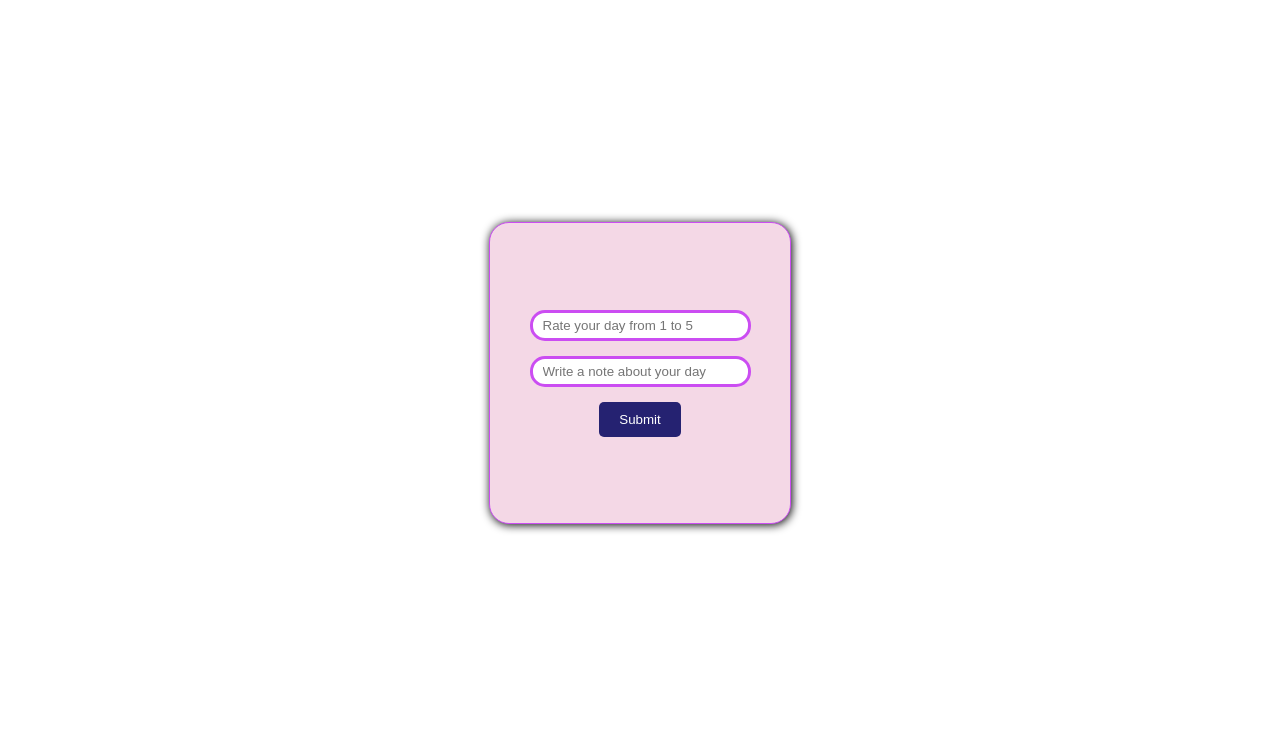
Repository: elenav24/RateMyDay
Page: frontend/index.html
These files come from the project's save history. The page is drawn as it stood at one moment and after the next save; the edit follows.
The browser window is 1280 px wide. The pictures show the whole page.

Above is the page before, as saved 2025-05-15 01:32:14.

After the next save:
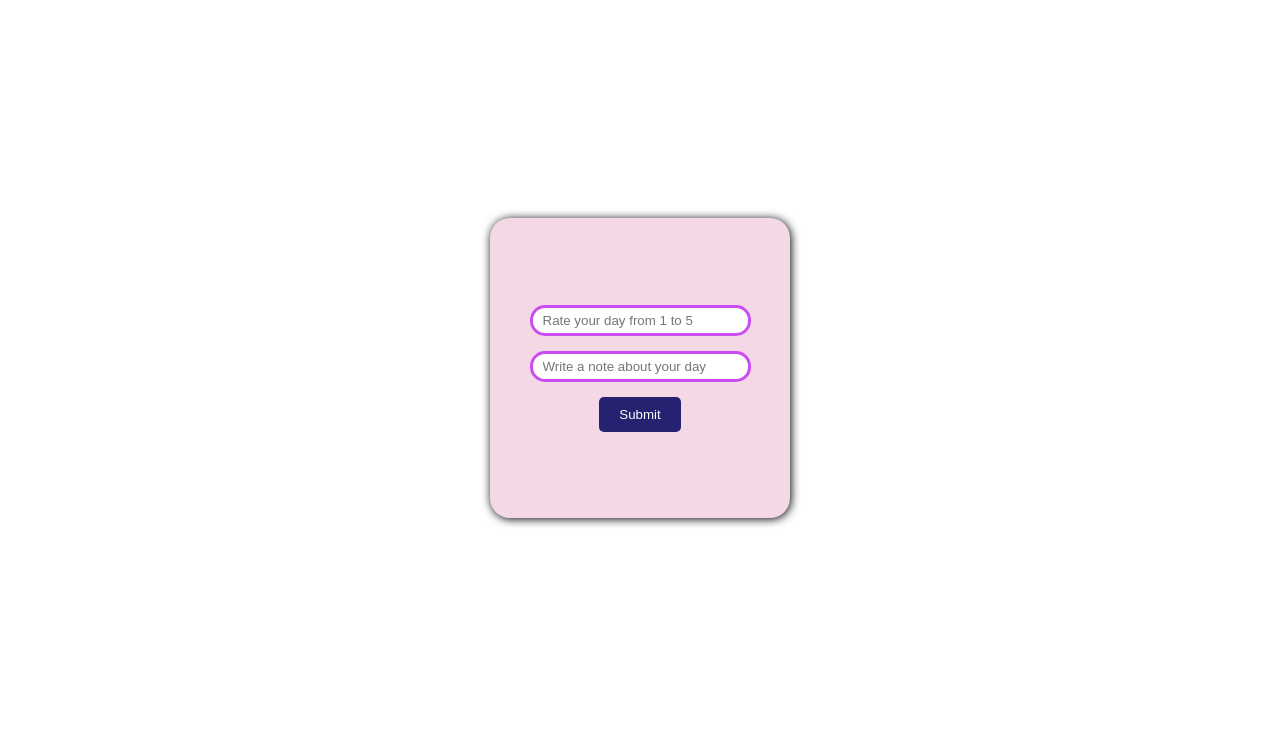
Saved 7 s later.
--- a/frontend/style.css
+++ b/frontend/style.css
@@ -3,7 +3,6 @@ body {
     justify-content: center;
     align-items: center;
     height: 100vh;
-    padding: 5px;
 }
 
 .container {
@@ -16,7 +15,6 @@ body {
     box-shadow: 1px 1px 10px #000;
     border-radius: 20px;
     background-color: #f4d8e6;
-    border: 1px solid #cb4df2;
 }
 
 #rating, #note {
